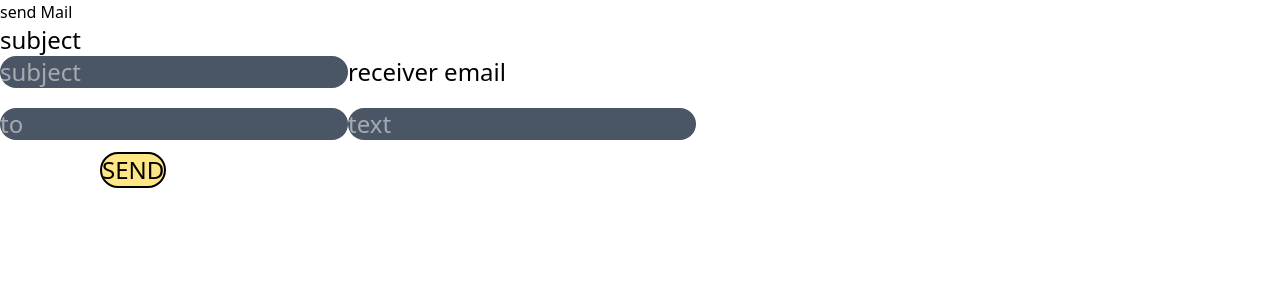
Repository: ridhukhan/sendmail
Page: / (app in Frontend/)
An editor plug-in stored every save of this project. The page is shown before and after the next save, followed by the edit.
The browser window is 1280 px wide. The pictures show the whole page.
The project was rebuilt for these pictures with package versions that can differ from the ones it lists, and the page was loaded fresh each time.

Above is the page before, as saved 2026-02-10 15:01:06.

### Frontend/src/main.jsx
import { StrictMode } from 'react'
import { createRoot } from 'react-dom/client'
import './index.css'
import App from './App.jsx'
export const server="http://localhost:5000"
createRoot(document.getElementById('root')).render(
  <StrictMode>
    <App />
  </StrictMode>,
)

### Frontend/src/App.jsx

function App() {

  return (
    <>
    <h1>send Mail </h1>
    <form className="flex-col text-2xl align-middle justify-center">
<label htmlFor="subject">subject</label><br />
<input type="text" name="subject" id="" placeholder='subject' className="bg-gray-600 text-white border-amber-50 rounded-2xl"/>

<label htmlFor="email">receiver email</label><br />
<input type="email" name="email" id="" placeholder='to' className="bg-gray-600 text-white border-amber-50 rounded-2xl mt-5" />

<label htmlFor="text"></label>
<input type="text" name="text" id="" placeholder='text' className="bg-gray-600 text-white border-amber-50 rounded-2xl mt-5"/><br />
<button className="bg-amber-200 mt-3 rounded-3xl border-2 ml-25">SEND</button>
    </form>
       </>
  )
}

export default App

Loaded but not shown: Frontend/index.html (common file); Frontend/src/index.css (common file)

After the next save:
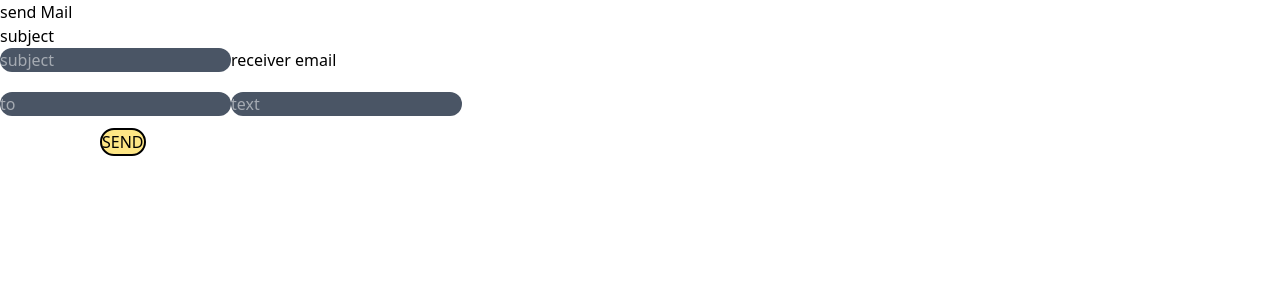
Saved 10 s later.
--- a/Frontend/src/App.jsx
+++ b/Frontend/src/App.jsx
@@ -4,7 +4,7 @@
   return (
     <>
     <h1>send Mail </h1>
-    <form className="flex-col text-2xl align-middle justify-center">
+    <form className="flex-col  align-middle justify-center">
 <label htmlFor="subject">subject</label><br />
 <input type="text" name="subject" id="" placeholder='subject' className="bg-gray-600 text-white border-amber-50 rounded-2xl"/>
 

After the save that followed:
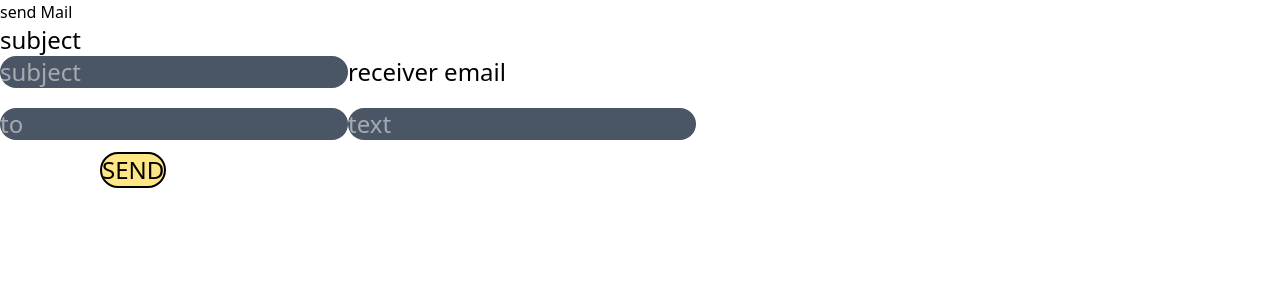
Saved 14 s later.
--- a/Frontend/src/App.jsx
+++ b/Frontend/src/App.jsx
@@ -4,7 +4,7 @@
   return (
     <>
     <h1>send Mail </h1>
-    <form className="flex-col  align-middle justify-center">
+    <form className="flex-col text-2xl align-middle justify-center">
 <label htmlFor="subject">subject</label><br />
 <input type="text" name="subject" id="" placeholder='subject' className="bg-gray-600 text-white border-amber-50 rounded-2xl"/>
 
